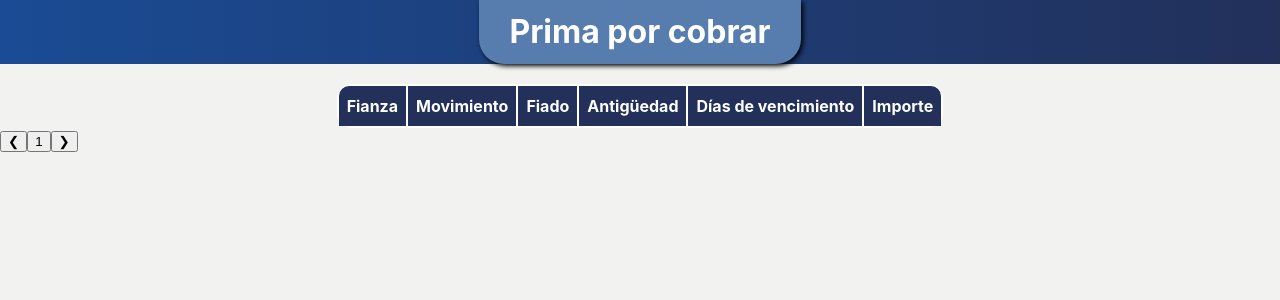
Repository: PCGP22/prueba-t-cnica-liberty-finanzas
Page: / (app in Prueba técnica full-stack/client/)
These files come from the project's save history. The page is drawn as it stood at one moment and after the next save; the edit follows.
The browser window is 1280 px wide. The pictures show the whole page.
The pointer rests on the first visible `table tr`.
The page's requests for data from a server got no answer. The project was rebuilt for these pictures with package versions that can differ from the ones it lists, and the page was loaded fresh each time. No one was signed in, and anything a server would have sent is missing. Also part of the build but not shown: Prueba técnica full-stack/client/vite.config.js, Prueba técnica full-stack/client/src/components/Card.jsx, Prueba técnica full-stack/client/src/components/CardsContainer.jsx, Prueba técnica full-stack/client/src/components/Filters.jsx.

Above is the page before, as saved 2023-11-14 08:15:31.

After the next save:
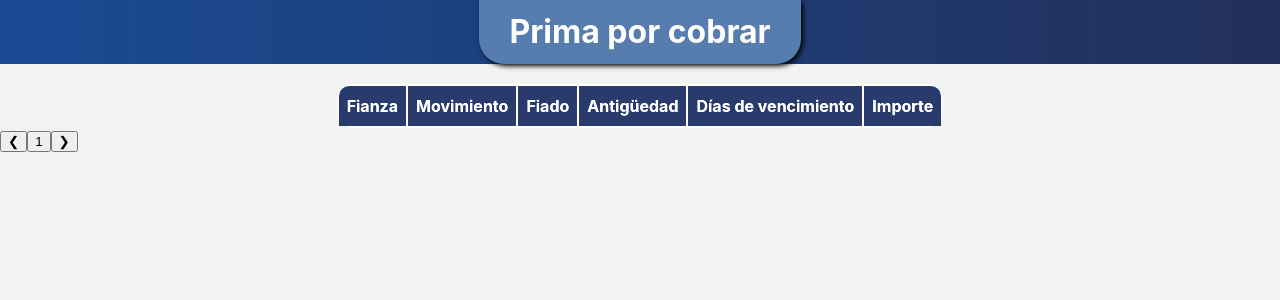
Saved 35 s later.
--- a/Prueba técnica full-stack/client/src/index.css
+++ b/Prueba técnica full-stack/client/src/index.css
@@ -157,3 +157,7 @@ td{
 table tr:nth-child(2n){
   background-color:var(--lightest-blue)
 }
+
+table tr:hover{
+  filter:brightness(120%)
+}
